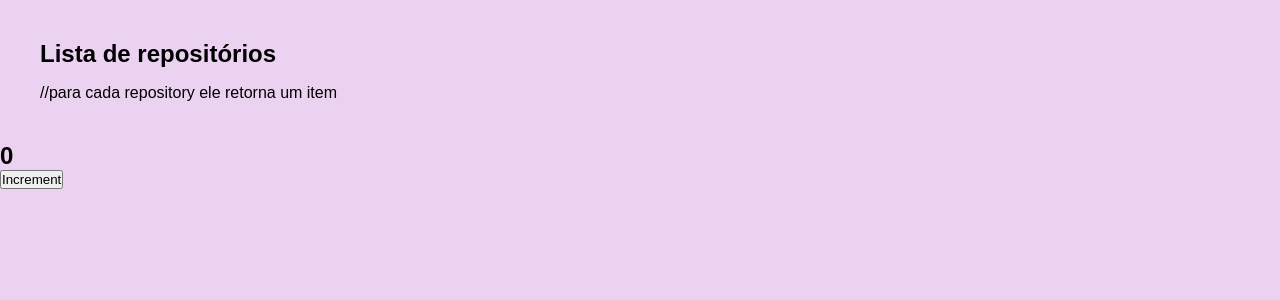
Repository: viniciusfg05/AnnotationReacts
Page: /
The author's editor kept a copy of each file at every save. The page is drawn from the files as they stood at one save, then again after a run of saves.
The browser window is 1280 px wide. The pictures show the whole page.
The page's requests for data from a server got no answer. The project was rebuilt for these pictures with package versions that can differ from the ones it lists, and the page was loaded fresh each time. No one was signed in, and anything a server would have sent is missing. Also part of the build but not shown: webpack.config.js, src/components/RepositoryItens.tsx.

Above is the page before, as saved 2022-02-18 13:44:28.

### public/index.html
<!DOCTYPE html>
<html lang="en">
  <head>
    <meta charset="UTF-8" />
    <meta name="viewport" content="width=device-width, initial-scale=1.0" />
    <title>ReactFundamentos</title>
  </head>
  <body>
    <div id="root"></div>

    <script src="../dist/bundle.js"></script>
  </body>
</html>

### src/index.tsx
import {render} from 'react-dom'
import { App } from './App'

render(<App />, document.getElementById('root'))

### src/App.tsx
import './styles/global.scss'
import { RepositoryList } from './components/RepositoryList'
import { Counter } from './components/Counter'

export function App() {
  return (
    <>
      <RepositoryList />
      <Counter />
    </>
  )
}

//Quando uma return mais de um componet, precisamos add um element pai, colocariamos uma div, mas futuramente isso pode atrapalhar no css e outro
//Usamos uma tag sem nada que se chama fraguimentos <> </> e não produz nada visual no html

//Por padrão p react não fica monitorando se algum estado está sendo alterado e rederizar novamente em tela
//Estado: variaveis que ele vai monitorarar
//Para isso vamos importar um elemento do react chamado useState "import { useState } from 'react'"

### src/styles/global.scss
* {
  margin: 0;
  padding: 0;
  box-sizing: border-box;
}

body {
  font: 16px 'Helvetica Neve', Arial, sans-serif;
}

### src/components/RepositoryList.tsx
import { useState, useEffect } from 'react'
import { RepositoryItens } from './RepositoryItens'
import '../styles/repositories.scss'

interface Repository {
  name: string;
  description: string;
  html_url: string;
}

export function RepositoryList() {
  const [repositories, setRepositories] = useState<Repository[]>([]);

  useEffect(() => {
    fetch('https://api.github.com/users/viniciusfg05/repos')
    .then(response => response.json()) //quando a api retorna uma resposta, converter para .json
    .then(data => setRepositories(data)) //quando terminar de ser convertida eu vou ter os dados do meu repositório
  }, [])

  return (
    <section className="repository-list">
      <h1>Lista de repositórios</h1>

      <ul>
        {repositories.map(repository => {
          return <RepositoryItens key={repository.name} repository={repository} />
        })} //para cada repository ele retorna um item
      </ul>
    </section>
  )
}

//
//Sem o props

//depois vamos add depois do useState informando entre <> -> <Repository> mas como vamos armazerm uma lisa de array -> <Repository[]>

### src/components/Counter.jsx
import { useState } from 'react'

export function Counter() {
  const [counter, setCounter] = useState(0)

  function increment() {
    setCounter(counter + 1)
  }

  return (
    <div>
      <h2>{counter}</h2>
      <button type="button" onClick={increment}>
        Increment
      </button>
    </div>
  )
}

//"let count = 0" = somente assim ao clicar no batão não surje efeito vamos add assim:
//a variavel "count" vamos apagar e add, "counter e setCounter" -> pq?: como o elemento retorna um array, temos que passar a variavel que recebe [0] primeiro array e a outra [1] o proximo array ficando assim -> "let [counter, setCounter] = useState(0)"
//Trocamos para cosnt pq o vamos não vai mudar e sim passar para outra variavel -> "const [counter, setCounter] = useState(0)"
//setCounter - que dá a possibilidade de alterar o valor
//Dentro da função irá ficar assim "setCounter(counter + 1)" - passando o setCounter recenbendo couter + 1

### src/styles/repositories.scss
body {
  background-color: rgb(235, 210, 241);
}

section.repository-list {
  margin: 40px;

  h1 {
    margin-bottom: 16px;
  }

  ul {
    list-style: none;

    li {
      strong {
        color: #201637;
        font-size: 20px;
      }

      & + li {
        //aplica apenas para quem tem um irmao a baixo copm a tag "li"
        margin-top: 20px;
      }

      p {
        font-size: 14px;
        color: #444;
        margin-top: 8px;
      }

      a {
        display: inline-block;
        margin-top: 16px;
        text-decoration: none;
        color: #8257e6;
      }
    }
  }
}

After the next 2 saves:
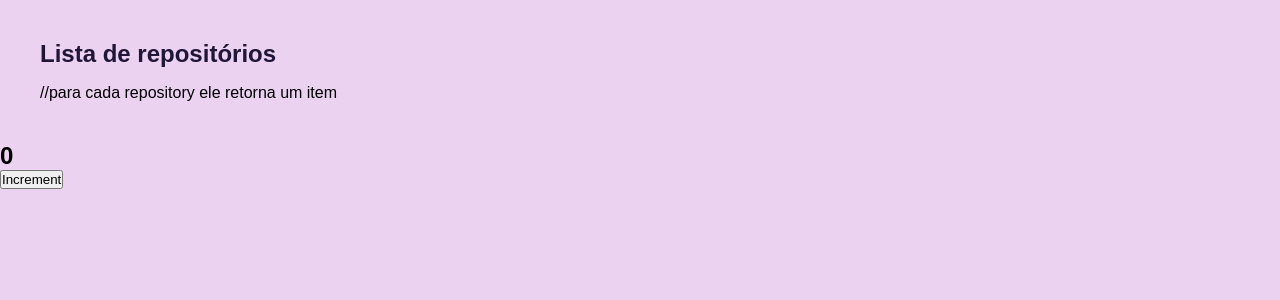
The 2 saves are shown as one change because they came seconds apart.
The last was saved 14 s later.
--- a/src/styles/repositories.scss
+++ b/src/styles/repositories.scss
@@ -6,6 +6,7 @@ section.repository-list {
   margin: 40px;
 
   h1 {
+    color: #201637;
     margin-bottom: 16px;
   }
 
